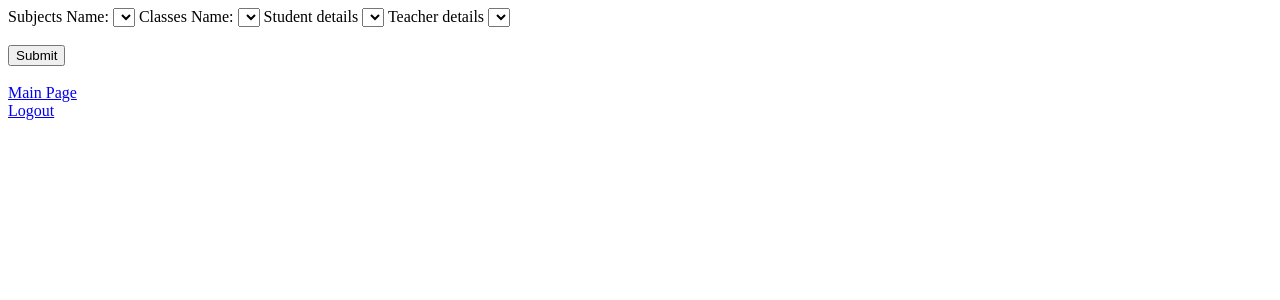
Repository: govardhan71/Learners-Academy-Project-Phase-2
Page: http://localhost/LearnersAcademyPhase-2/submitclassreport.jsp
The author's editor kept a copy of each file at every save. The page is drawn from the files as they stood at one save, then again after the next save.
The browser window is 1280 px wide. The pictures show the whole page.
The page is served by Tomcat 9. Other server files are loaded and not shown. Queries for data that is not in the repository find no rows.

Above is the page before, as saved 2021-06-02 11:56:02.

### LearnersAcademyPhase-2/WebContent/submitclassreport.jsp
<%@page import="com.DatabaseConnection.SubjectsData,com.learnersAcademy.Subjects,java.util.* "%>
<%@page import= "com.DatabaseConnection.ClassesData,com.learnersAcademy.ClassesList" %>
<%@page import= "com.DatabaseConnection.StudentData,com.learnersAcademy.Students" %>
<%@page import= "com.DatabaseConnection.TeachersData,com.learnersAcademy.Teachers" %>
<%@page import="com.DatabaseConnection.ClassReport"%>
<%@ taglib uri="http://java.sun.com/jsp/jstl/core" prefix="c"%>
<jsp:useBean id="cr" class="com.learnersAcademy.ClassReports"></jsp:useBean>

<!DOCTYPE html PUBLIC "-//W3C//DTD HTML 4.01 Transitional//EN" "http://www.w3.org/TR/html4/loose.dtd">
<html>
<head>
<meta http-equiv="Content-Type" content="text/html; charset=ISO-8859-1">
<title>Insert title here</title>
</head>
<body>
<form action=classreportresult.jsp method=post>

<%

List<Subjects> list=SubjectsData.getallsubjects();

request.setAttribute("list",list);
%>
<tr><td>Subjects Name:</td></tr>
<select name="subjectsname">
<c:forEach items="${list}" var="subjectsname">
<option >${subjectsname.getSubject_name()}</option></c:forEach>
</select>


<%

List<ClassesList> classlist=ClassesData.getallclasses();

request.setAttribute("classlist",classlist);
%>
<tr><td>Classes Name:</td></tr>
<select name="classnames">
<c:forEach items="${classlist}" var="classnames">
<option >${classnames.getClass_name()}</option></c:forEach>
</select>


<%

List<Students> studentlist=StudentData.getallstudents();

request.setAttribute("studentlist",studentlist);
%>
<tr><td>Student details</td></tr>
<select name="studentlist">
<c:forEach items="${studentlist}" var="studentlist">
<option >${studentlist.getStudent_name()}</option>

</c:forEach>
</select>


<%

List<Teachers> teacherlist=TeachersData.getallteachers();

request.setAttribute("teacherlist",teacherlist);
%>
<tr><td>Teacher details</td></tr>
<select name="teacherlist">
<c:forEach items="${teacherlist}" var="teacherlist">
<option>${teacherlist.getTeacher_name()}</option>

</c:forEach>
</select>
<br><br>
<input type="submit" value="Submit" />
</form>
<br>
<td><a href=learnersacademy.jsp>Main Page</a></td></tr><br>
<td><a href=logout.jsp>Logout</a></td></tr>
</body>
</html>

### LearnersAcademyPhase-2/src/com/learnersAcademy/ClassReports.java
package com.learnersAcademy;

public class ClassReports {

	private String student_name;

	private String teacher_name;
	private String subjects_name;
	private String classes_name;

	public String getStudent_name() {
		return student_name;
	}
	public void setStudent_name(String student_name) {
		this.student_name = student_name;
	}
	public String getTeacher_name() {
		return teacher_name;
	}
	public void setTeacher_name(String teacher_name) {
		this.teacher_name = teacher_name;
	}
	public String getSubjects_name() {
		return subjects_name;
	}
	public void setSubjects_name(String subjects_name) {
		this.subjects_name = subjects_name;
	}
	public String getClasses_name() {
		return classes_name;
	}
	public void setClasses_name(String classes_name) {
		this.classes_name = classes_name;
	}

}

### LearnersAcademyPhase-2/src/com/DatabaseConnection/SubjectsData.java
package com.DatabaseConnection;

import java.sql.Connection;
import java.sql.DriverManager;
import java.sql.PreparedStatement;
import java.sql.ResultSet;
import java.util.ArrayList;
import java.util.List;

import com.learnersAcademy.Subjects;

public class SubjectsData {

	public static Connection getConnection(){
	    Connection con=null;
	    try{
	        Class.forName("com.mysql.jdbc.Driver");
	        con=DriverManager.getConnection("jdbc:mysql://localhost:3306/school","root","master");
	    }catch(Exception e){System.out.println(e);}
	    return con;
	}

public static int savesubjects(Subjects s){
	int status = 0;
	try{
		Connection conn = getConnection();
		PreparedStatement ps =conn.prepareStatement("insert"
				+ " into subjects(subjects_name)values(?)");
		ps.setString(1,s.getSubject_name());
		status=ps.executeUpdate();
       }catch(Exception e){System.out.println(e);}
	return status;
	}

public static List<Subjects> getallsubjects(){
	List<Subjects> list=new ArrayList<Subjects>();
	try{
		Connection conn=getConnection();
		PreparedStatement ps=conn.prepareStatement("select * from subjects ");
		ResultSet rs=ps.executeQuery();
		while(rs.next()){
			Subjects s= new Subjects();
			s.setSubject_name(rs.getString("subjects_name"));
			list.add(s);

		}

	}catch(Exception e){System.out.println(e);}
	return list;

}


}

### LearnersAcademyPhase-2/src/com/DatabaseConnection/ClassesData.java
package com.DatabaseConnection;

import java.sql.Connection;
import java.sql.DriverManager;
import java.sql.PreparedStatement;
import java.sql.ResultSet;
import java.util.ArrayList;
import java.util.List;

import com.learnersAcademy.ClassesList;

public class ClassesData {

	public static Connection getConnection(){
	    Connection con=null;
	    try{
	        Class.forName("com.mysql.jdbc.Driver");
	        con=DriverManager.getConnection("jdbc:mysql://localhost:3306/school","root","master");
	    }catch(Exception e){System.out.println(e);}
	    return con;
	}

public static int saveclasses(ClassesList cl){
	int status = 0;
	try{
		Connection conn = getConnection();
		PreparedStatement ps =conn.prepareStatement("insert"
				+ " into classes(classes_name)values(?)");
		ps.setString(1,cl.getClass_name());
		status=ps.executeUpdate();
       }catch(Exception e){System.out.println(e);}
	return status;
	}


public static List<ClassesList> getallclasses(){
	List<ClassesList> list=new ArrayList<ClassesList>();
	try{
		Connection conn=getConnection();
		PreparedStatement ps=conn.prepareStatement("select * from classes ");
		ResultSet rs=ps.executeQuery();
		while(rs.next()){
			ClassesList cl= new ClassesList();
			cl.setClass_name(rs.getString("classes_name"));
			list.add(cl);

		}

	}catch(Exception e){System.out.println(e);}
	return list;

}


}

### LearnersAcademyPhase-2/src/com/DatabaseConnection/StudentData.java
package com.DatabaseConnection;

import java.sql.Connection;
import java.sql.DriverManager;
import java.sql.PreparedStatement;
import java.sql.ResultSet;
import java.util.ArrayList;
import java.util.List;

import com.learnersAcademy.Students;


public class StudentData {

	public static Connection getConnection(){
	    Connection con=null;
	    try{
	        Class.forName("com.mysql.jdbc.Driver");
	        con=DriverManager.getConnection("jdbc:mysql://localhost:3306/school","root","master");
	    }catch(Exception e){System.out.println(e);}
	    return con;
	}

public static int savestudents(Students sts){
	int status = 0;
	try{
		Connection conn = getConnection();
		PreparedStatement ps =conn.prepareStatement("insert"
				+ " into students(student_name)values(?)");

		ps.setString(1,sts.getStudent_name());
		status=ps.executeUpdate();
       }catch(Exception e){System.out.println(e);}
	return status;
	}

public static List<Students> getallstudents(){
	List<Students> list=new ArrayList<Students>();
	try{
		Connection conn=getConnection();
		PreparedStatement ps=conn.prepareStatement("select * from students ");
		ResultSet rs=ps.executeQuery();
		while(rs.next()){
			Students st= new Students();

			st.setStudent_name(rs.getString("student_name"));
			list.add(st);

		}

	}catch(Exception e){System.out.println(e);}
	return list;

}

}

### LearnersAcademyPhase-2/src/com/DatabaseConnection/TeachersData.java
package com.DatabaseConnection;

import java.sql.Connection;
import java.sql.DriverManager;
import java.sql.PreparedStatement;
import java.sql.ResultSet;
import java.util.ArrayList;
import java.util.List;

import com.learnersAcademy.Teachers;

public class TeachersData {

	public static Connection getConnection(){
	    Connection con=null;
	    try{
	        Class.forName("com.mysql.jdbc.Driver");
	        con=DriverManager.getConnection("jdbc:mysql://localhost:3306/school","root","master");
	    }catch(Exception e){System.out.println(e);}
	    return con;
	}

public static int saveteachers(Teachers t){
	int status = 0;
	try{
		Connection conn = getConnection();
		PreparedStatement ps =conn.prepareStatement("insert"
				+ " into teachers(teacher_name)values(?)");

		ps.setString(1,t.getTeacher_name());
		status=ps.executeUpdate();
       }catch(Exception e){System.out.println(e);}
	return status;
	}

public static List<Teachers> getallteachers(){
	List<Teachers> list=new ArrayList<Teachers>();
	try{
		Connection conn=getConnection();
		PreparedStatement ps=conn.prepareStatement("select * from teachers ");
		ResultSet rs=ps.executeQuery();
		while(rs.next()){
			Teachers t= new Teachers();

			t.setTeacher_name(rs.getString("teacher_name"));
			list.add(t);

		}

	}catch(Exception e){System.out.println(e);}
	return list;

}

}

After the next save:
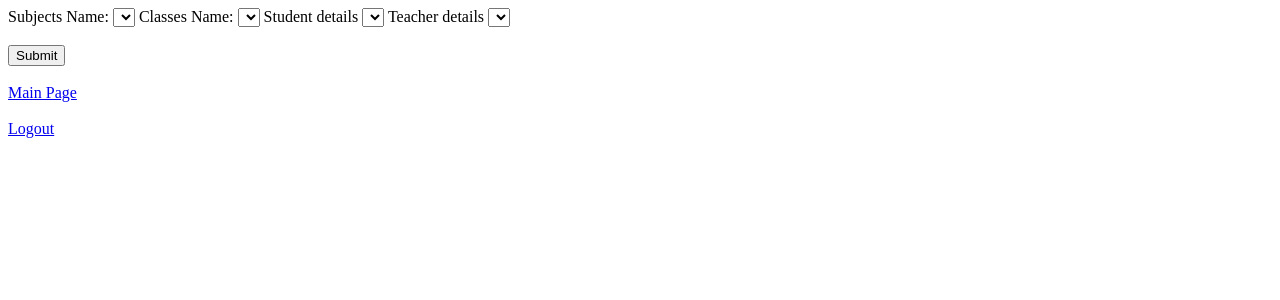
Saved 13 s later.
--- a/LearnersAcademyPhase-2/WebContent/submitclassreport.jsp
+++ b/LearnersAcademyPhase-2/WebContent/submitclassreport.jsp
@@ -73,7 +73,7 @@ request.setAttribute("teacherlist",teacherlist);
 <input type="submit" value="Submit" />
 </form>
 <br>
-<td><a href=learnersacademy.jsp>Main Page</a></td></tr><br>
+<td><a href=learnersacademy.jsp>Main Page</a></td></tr><br><br>
 <td><a href=logout.jsp>Logout</a></td></tr>
 </body>
 </html>
